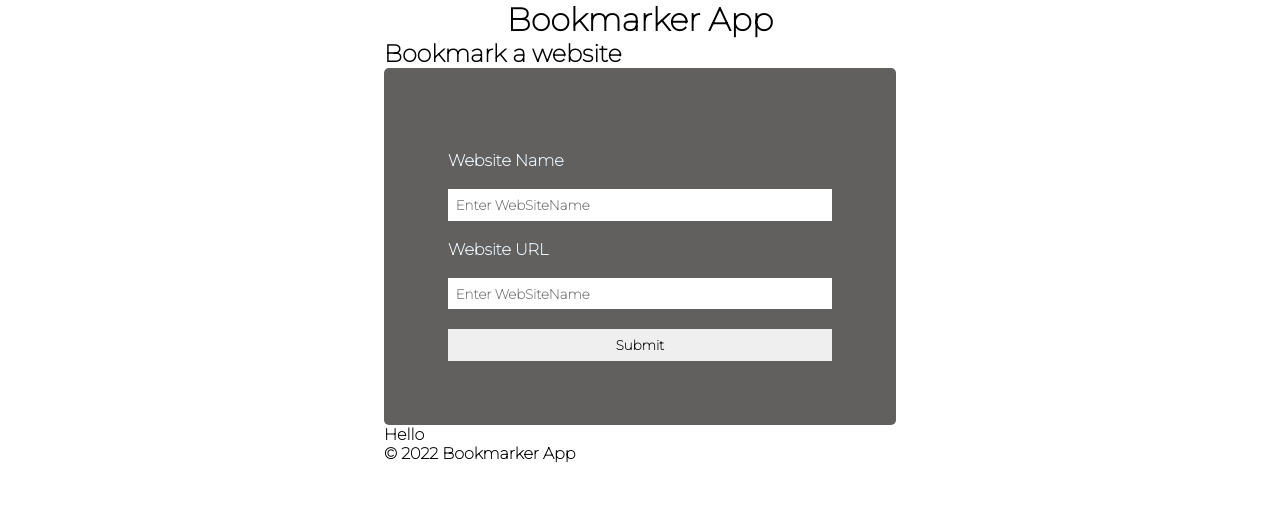
Repository: Suporl9/BookMarkerApp
Page: index.html
An editor plug-in stored every save of this project. The page is shown before and after the next save, followed by the edit.
The browser window is 1280 px wide. The pictures show the whole page.

Above is the page before, as saved 2021-11-21 21:09:37.

### index.html
<!DOCTYPE html>
<html lang="en">
  <head>
    <meta charset="UTF-8" />
    <meta http-equiv="X-UA-Compatible" content="IE=edge" />
    <meta name="viewport" content="width=device-width, initial-scale=1.0" />
    <link rel="stylesheet" href="./style.css" />
    <title>Document</title>
  </head>
  <body>
    <div class="container">
      <div class="innerContainer">
        <div class="ininContainer">
          <div class="bookmarkerSection"><h1>Bookmarker App</h1></div>
          <!-- <h1>Bookmarker App</h1> -->
          <div class="vh"></div>
          <div class="formInput">
            <form class="formSec">
              <h2>Bookmark a website</h2>
              <div class="sitesec">
                <label class="labc" name="siteName">Website Name</label>
                <input
                  type="text"
                  name="sitename"
                  placeholder="Enter WebSiteName"
                  class="inpClass"
                />
                <label class="labc" name="siteName">Website URL</label>
                <input
                  type="text"
                  name="sitename"
                  class="inpClass"
                  placeholder="Enter WebSiteName"
                />
                <button class="submBtn">Submit</button>
              </div>
            </form>
          </div>
          <div class="toBeAdded">Hello</div>
          <footer class="footer">
            <p>&copy; 2022 Bookmarker App</p>
          </footer>
        </div>
      </div>
    </div>
  </body>
</html>

### style.css
@import url("https://fonts.googleapis.com/css2?family=Montserrat:wght@100&display=swap");

:root {
  --main-bg-color: rgb(255, 255, 255);
  --main-grey: rgb(97, 96, 95);
}
* {
  font-family: "Montserrat", sans-serif;
  box-sizing: border-box; /* includes padding in height and width(the box outside doesnot get bigger when adding padding and stuff)*/
  margin: 0;
  padding: 0;
  font-weight: bold;
  border: none;
}
body {
  width: 80%;
  margin: auto;
}
.container {
  font-family: "Montserrat", sans-serif;

  display: flex;
  justify-content: center;
}
.innerContainer {
  /* display: flex;
  flex-direction: column; */
  width: 50%;
  margin: auto;
  /* justify-content: center;
  align-self: center; */
}
.ininContainer {
  display: flex;
  flex-direction: column;
  /* align-content: center; */
  /* justify-content: center; */
}
.bookmarkerSection {
  display: flex;
  justify-content: center;
}
.vh {
  bookmarkerSection
}
.formSec {
  display: flex;
  flex-direction: column;
  /* width: 0%; */
}
.sitesec {
  display: flex;
  flex-direction: column;
  background-color: var(--main-grey);
  padding: 4rem;
  border-radius: 5px;
  color: aliceblue;
}
.submBtn {
  margin-top: 5%;
  padding: 0.5rem;
}
.inpClass {
  margin-top: 5%;
  padding: 2%;
}
.labc {
  margin-top: 5%;
}
/* .formSec,
.sitesec {
  display: flex;
  flex-direction: column;
} */
/* .sitesec {
  display: flex;
  flex-direction: column;
}
 */

After the next save:
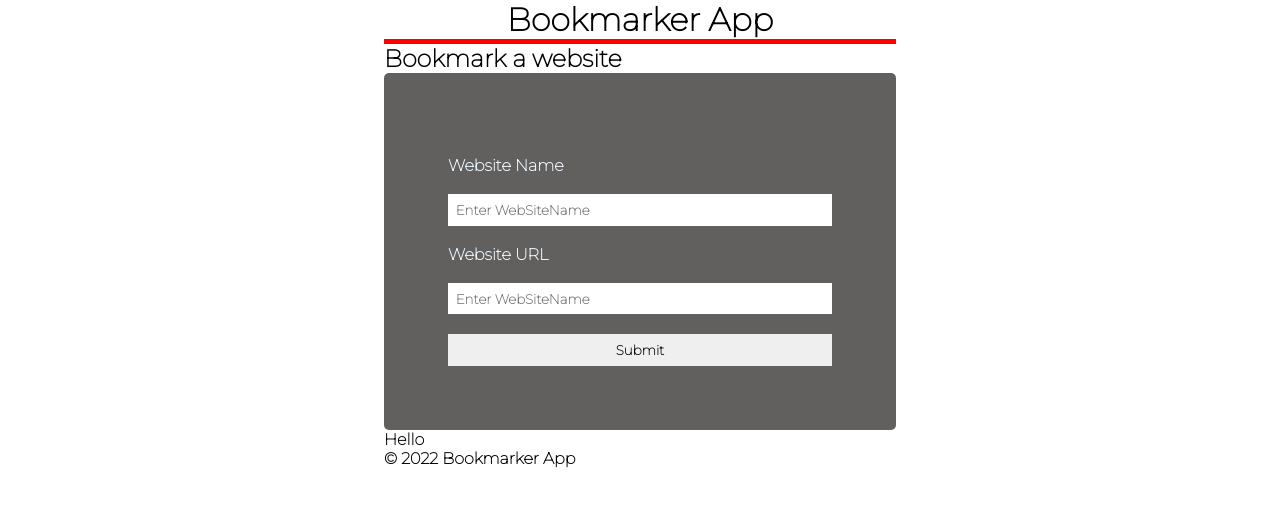
Saved 13 s later.
--- a/style.css
+++ b/style.css
@@ -41,7 +41,7 @@ body {
   justify-content: center;
 }
 .vh {
-  bookmarkerSection
+  border-bottom: 5px solid red;
 }
 .formSec {
   display: flex;
